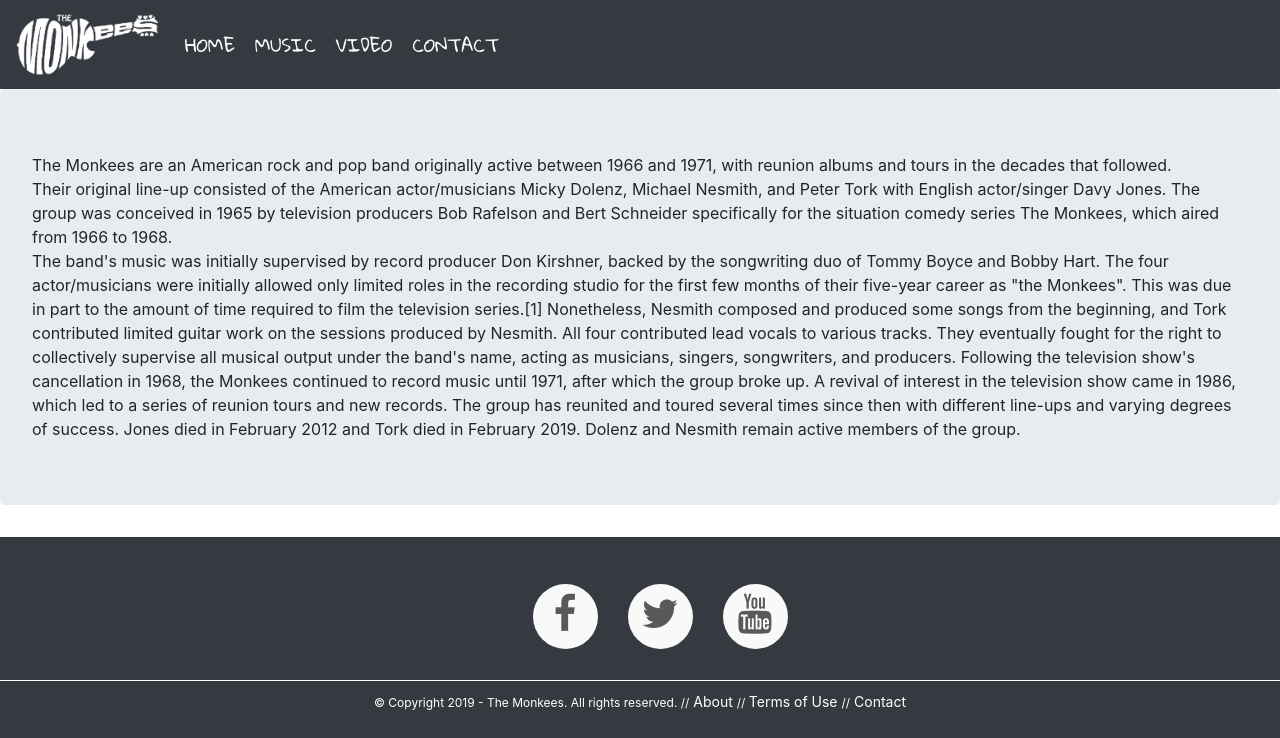
Repository: Code-Institute-Submissions/the_monkees-3
Page: about.html
The author's editor kept a record of every edit. The page is drawn from the files as they stood at one moment, then again after the next edit.
The browser window is 1280 px wide. The pictures show the whole page.
Some web libraries are served in a nearby version.

Above is the page before.

After the next edit:
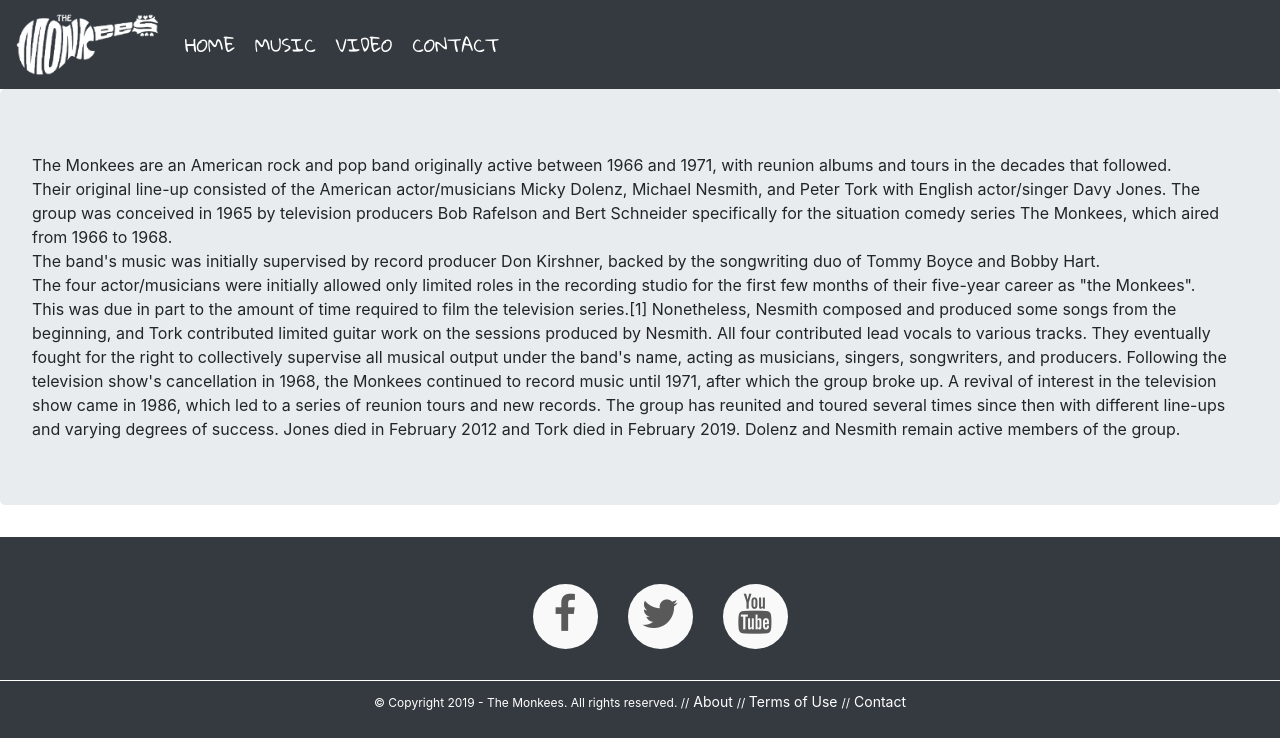
The edit:
--- a/about.html
+++ b/about.html
@@ -48,8 +48,8 @@
       The group was conceived in 1965 by television producers Bob Rafelson and Bert Schneider specifically for the situation comedy series The Monkees, which aired from 1966 to 1968.
       <br>The band's music was initially supervised by record producer Don Kirshner, backed by the songwriting duo of Tommy Boyce and Bobby Hart.
 
-The four actor/musicians were initially allowed only limited roles in the recording studio for the first few months of their five-year career as "the Monkees".
-This was due in part to the amount of time required to film the television series.[1] Nonetheless, Nesmith composed and produced some songs from the beginning, and Tork contributed limited guitar work on the sessions produced by Nesmith.
+<br>The four actor/musicians were initially allowed only limited roles in the recording studio for the first few months of their five-year career as "the Monkees".
+<br>This was due in part to the amount of time required to film the television series.[1] Nonetheless, Nesmith composed and produced some songs from the beginning, and Tork contributed limited guitar work on the sessions produced by Nesmith.
 All four contributed lead vocals to various tracks. They eventually fought for the right to collectively supervise all musical output under the band's name, acting as musicians, singers, songwriters, and producers.
 
 Following the television show's cancellation in 1968, the Monkees continued to record music until 1971, after which the group broke up.
